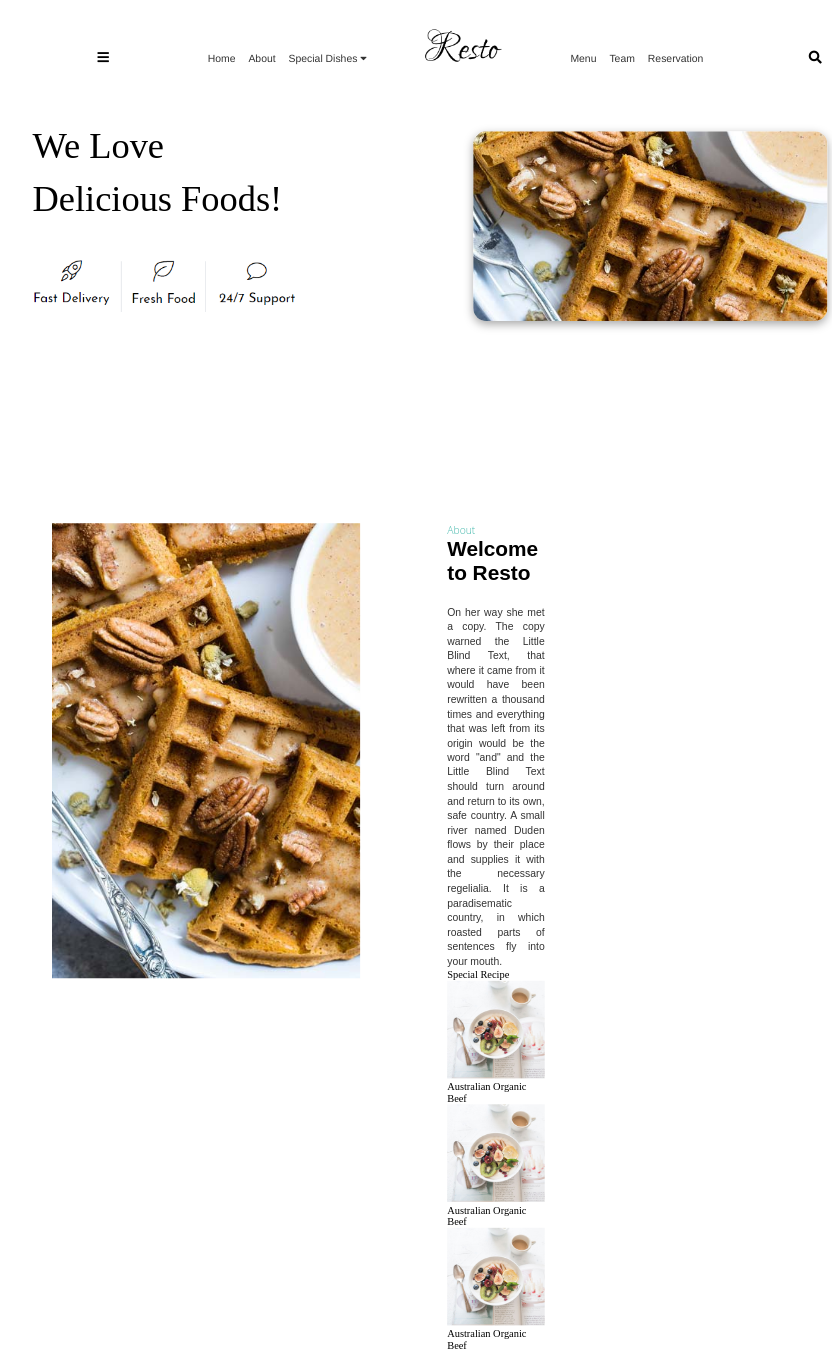
Repository: nguyenanhtuanHDU/myrestaurant
Page: index.html
These files come from the project's save history. The page is drawn as it stood at one moment and after a run of saves; the edit follows.
The browser window is 1280 px wide. The pictures show the whole page, at 65% of full size.

Above is the page before, as saved 2022-02-01 02:04:27.

### index.html
<!DOCTYPE html>
<html lang="en">
<head>
    <meta charset="UTF-8">
    <meta http-equiv="X-UA-Compatible" content="IE=edge">
    <meta name="viewport" content="width=device-width, initial-scale=1.0">
    <link rel="stylesheet" href="./assets/style.css">
    <link rel="stylesheet" href="./assets/icon/fontawesome-free-5.15.4-web/css/all.css">
    <link rel="stylesheet" href="./assets/main.js">
    <link rel="stylesheet" href="./aos/aos.css">
    <title>Resto</title>

</head>
<body>
    <div id="main">
        <div id="header">

            <i class="fas fa-bars" ></i>

            <ul id="nav_1" >
                <li><a href="">Home</a></li>
                <li><a href="">About</a></li>
                <li>
                <a href="">
                    Special Dishes
                    <i class="fas fa-caret-down"></i>
                </a>
                <ul class="subnav_1">
                    <li><a href="">
                        <i class="fas fa-angle-right"></i>
                        Beef Steak Sauce
                    </a></li>
                    <li><a href="">
                        <i class="fas fa-angle-right"></i>
                        Salmon Zucchini
                    </a></li>
                </ul>
                </li>
            </ul>

            <img src="./assets/image/logo.png" alt="" class="img_header" >

            <div id="nav_2">
                <ul>
                    <li><a href="">Menu</a></li>
                    <li><a href="">Team</a></li>
                    <li><a href="">Reservation</a></li>
                </ul>
            </div>

            <i class="fas fa-search"></i>

        </div>

        <div id="introduce">

            <div class="content">
                <h1 class="content_heading1">We Love</h1>
                <h1 class="content_heading2">Delicious Foods!</h1>
                <div class="list_content">
                    <img src="/assets/image/Content/1.png" alt="" class="img_content">
                    <img src="/assets/image/Content/2.png" alt="" class="img_content">
                    <img src="/assets/image/Content/3.png" alt="" class="img_content">

                </div>

                <div class="slider_dish">
                    <img class="img_dish" src="./assets/image/hero-1.jpg" >
                    <img class="img_dish" src="./assets/image/hero-2.jpg" >
                    <img class="img_dish" src="./assets/image/hero-3.jpg" >
                </div>
            </div>



            <div class="about">
                <img src="./assets/image/hero-2.jpg" alt="" class="img_about">
                <div class="about_content">
                    <div class="about_heading">About</div>
                    <div class="about_title">Welcome to Resto </div>
                    <div class="content_para">On her way she met a copy. The copy warned the Little Blind Text, that where it came from it would have been rewritten a thousand times and everything that was left from its origin would be the word "and" and the Little Blind Text should turn around and return to its own, safe country. A small river named Duden flows by their place and supplies it with the necessary regelialia. It is a paradisematic country, in which roasted parts of sentences fly into your mouth.

                    </div>

                    <div class="about_dish">
                        <div class="dish_title">Special Recipe </div>
                        <div class="list_dish">
                            <div class="dish_items">
                                <img src="./assets/image/hero-1.jpg" alt="" class="dish_img">
                                <div class="dish_name">Australian Organic Beef</div>
                            </div>
                            <div class="dish_items">
                                <img src="./assets/image/hero-1.jpg" alt="" class="dish_img">
                                <div class="dish_name">Australian Organic Beef</div>
                            </div>
                            <div class="dish_items">
                                <img src="./assets/image/hero-1.jpg" alt="" class="dish_img">
                                <div class="dish_name">Australian Organic Beef</div>
                            </div>

                        </div>
                    </div>
                </div>
            </div>
        </div>

        <div id="special">

        </div>

        <div id="menu">

        </div>

        <div id="team">

        </div>

        <div id="book">

        </div>

        <div id="footer">

        </div>
    </div>


    <script src="./assets/main.js">

    </script>
    <script src="./aos/aos.js">
        AOS.init();

    </script>


</body>
</html>

### assets/style.css
*{
    margin: 0;
    padding: 0;
    box-sizing: border-box;
}

#header{

    margin-top: 45px;
    margin-left: 150px;
}
#header .fa-bars:hover{
    color: #45b8ac;
    cursor: pointer;
    transform: rotate(360deg);
    transition: .6s ease;
}
#header .fa-bars{
    display: inline-block;
    margin-right: 140px;
    font-size: 20px;
}
#header .fa-search{
    font-size: 20px;
    margin-left: 150px;
}
#header .fa-search:hover{
    color: #45b8ac;
    cursor: pointer;
    font-size: 30px;
    transition: 0.4s ease;
}
#nav_1{
    display: inline-block;

}
#nav_1 > li {
    display: inline-block;
    position: relative;
}
#nav > li:hover{
    display: block;
}

#nav_1 > li > a {
    position: relative;
    font-family: Helvetica, Arial, sans-serif;
    opacity: 0.8;
    display: block;
    color: black;
    text-decoration: none;
    padding: 6px 8px;
}
#nav_1 > li > a:before {
    content: '';
    position: absolute;
    bottom: 0;
    left: 0;
    background-color: #45b8ac;
    height: 3px;
    width: 0%;
    transition: 0.6s ease ;
}
#nav_1 > li > a:hover:before {
    width: 100%;
}
#nav_1 li:hover .subnav_1{
    display: block;
    animation: subnav-1 1s ease ;
}
@keyframes subnav-1{
    0%{
        opacity: 0;
        left: 100px;
    }
    50%{
        left: -20px;
    }
    100%{
        left: 0;
    }

}
.subnav_1{
    position: absolute;
    top: 30px;
    opacity: 1;
    width: 162px;
    display: none;
    z-index: 2;
    overflow: hidden;
    border-top-right-radius: 19px;
    border-bottom-right-radius: 19px;
    box-shadow: rgba(0, 0, 0, 0.35) 0px 5px 15px;
}
.subnav_1 li{
    display: block;
}
.subnav_1 li a:hover{
    background-color: #45b8ac;
    color: white;
}
.subnav_1 li a{
    position: relative;
    font-family: Helvetica, Arial, sans-serif;
    opacity: 0.8;
    color: black;
    text-decoration: none;
    padding: 6px 8px;
    display: block;
}
.subnav_1 li a:before{
    content: '';
    position: absolute;
    top: 0;
    left: 0;
    background-color: #45b8ac;
    height: 100%;
    width: 0%;
    z-index: -1;
}
.subnav_1 li a:hover:before{
    color: white;
}



.img_header{
    width: 117.25px;
    height: 50px;
    margin-left: 78px;
    margin-right: 94px;
}
#nav_2{
    display: inline-block;
}
#nav_2 li {
    display: inline-block;
}

#nav_2 li a {
    position: relative;
    text-decoration: none;
    color: black;
    font-family: Helvetica, Arial, sans-serif;
    opacity: 0.8;
    padding: 6px 8px;
}
#nav_2 li a:before {
    content: '';
    position: absolute;
    bottom: 0;
    left: 0;
    background-color: #45b8ac;
    height: 3px;
    width: 0%;
    transition: 0.6s ease;
}
#nav_2 li a:hover:before {
    width: 100%;
}
#introduce{
    position: relative;
    height: 2000px;
}
.content{
    position: absolute;
    top: 86px;
    left: 50px;
}
.content_heading1{
    font-size: 3.5rem;
    font-weight: 300;
    line-height: 1.2;
}
.content_heading2{
    font-size: 3.5rem;
    font-weight: 300;
    line-height: 1.2;
    padding-top: 14px;
    padding-bottom: 59px;
}
.slider_dish{

}
.img_dish{
    position: absolute;
    width: 545px;
    height: 292px;
    object-fit: cover;
    top: 11px;
    left: 167%;
    box-shadow: rgba(0, 0, 0, 0.35) 0px 5px 15px;
    border-radius: 20px;
}
.about{
    position: absolute;
    top: 700px;
}
.img_about{
    width: 474px;
    height: 700px;
    object-fit: cover;
    margin-left: 80px;
}
.about_content{
    position: absolute;
    top: 0;
    left: 43em;
}
.about_heading{
    color: #45b8ac;
    font-family: 'Open Sans',sans-serif;
    font-weight: 300;
}
.about_title{
    font-family: 'Josefin Sans',sans-serif;
    font-weight: 700;
    font-size: 32px;
    margin-bottom: 30px;
}
.content_para{
    font-family: 'Josefin Sans',sans-serif;
    text-align: justify;
    opacity: 0.8;
    line-height: 1.4;
}
.dish_items{
}
.dish_img{
    width: 150px;
    height: 150px;
}

### assets/main.js

var myIndex = 0;
        carousel();

        function carousel() {
          var i;
          var x = document.getElementsByClassName("img_dish");
          for (i = 0; i < x.length; i++) {
            x[i].style.display = "none";
          }
          myIndex++;
          if (myIndex > x.length) {myIndex = 1}
          x[myIndex-1].style.display = "block";
          setTimeout(carousel, 3000);
        }

Loaded but not shown: assets/icon/fontawesome-free-5.15.4-web/css/all.css (library); aos/aos.css (library); aos/aos.js (library)

After the next 3 saves:
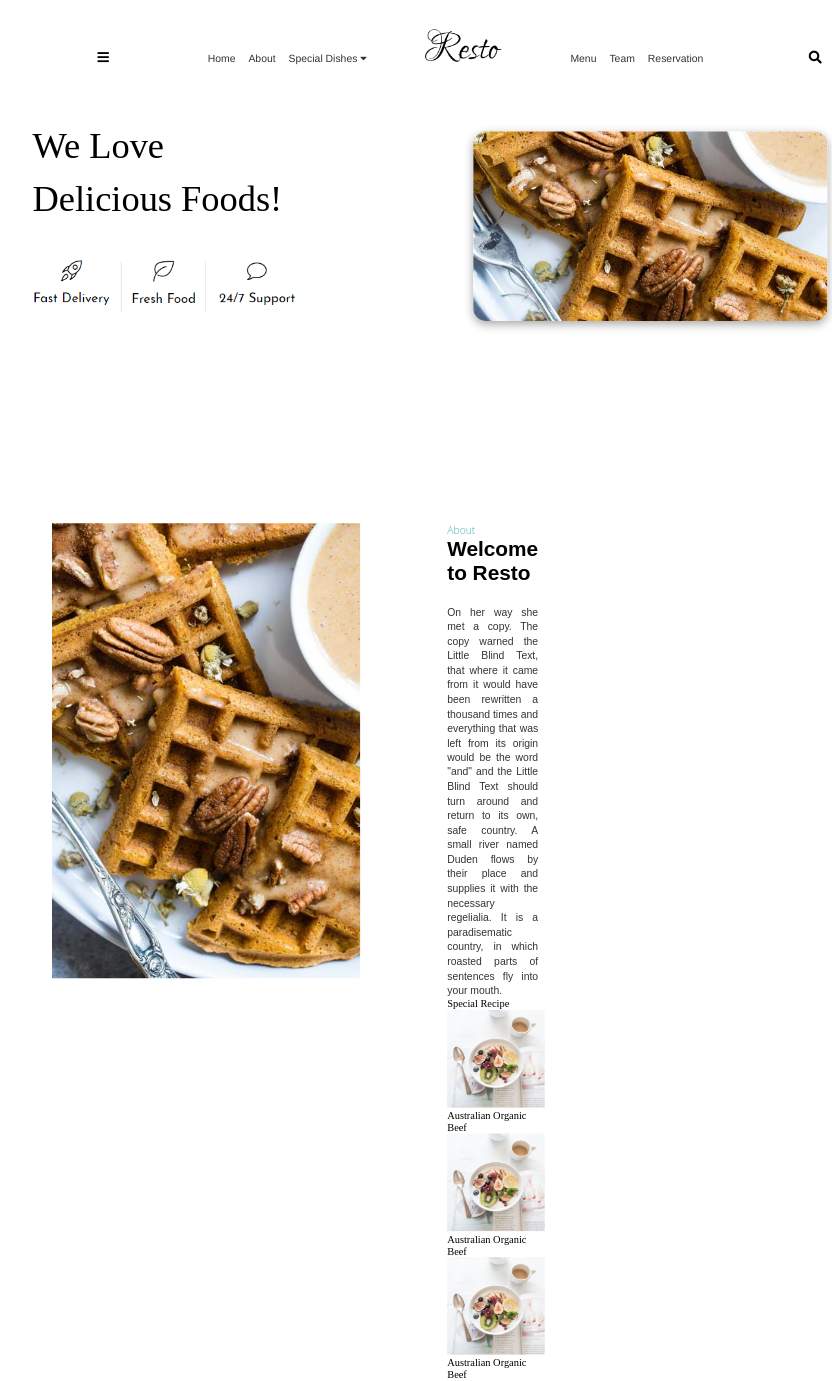
The 3 saves are shown as one change because they came seconds apart.
The last was saved 10 s later.
--- a/assets/style.css
+++ b/assets/style.css
@@ -225,6 +225,9 @@
     opacity: 0.8;
     line-height: 1.4;
 }
+.about_dish{
+    position: absolute;
+}
 .dish_items{
 }
 .dish_img{
